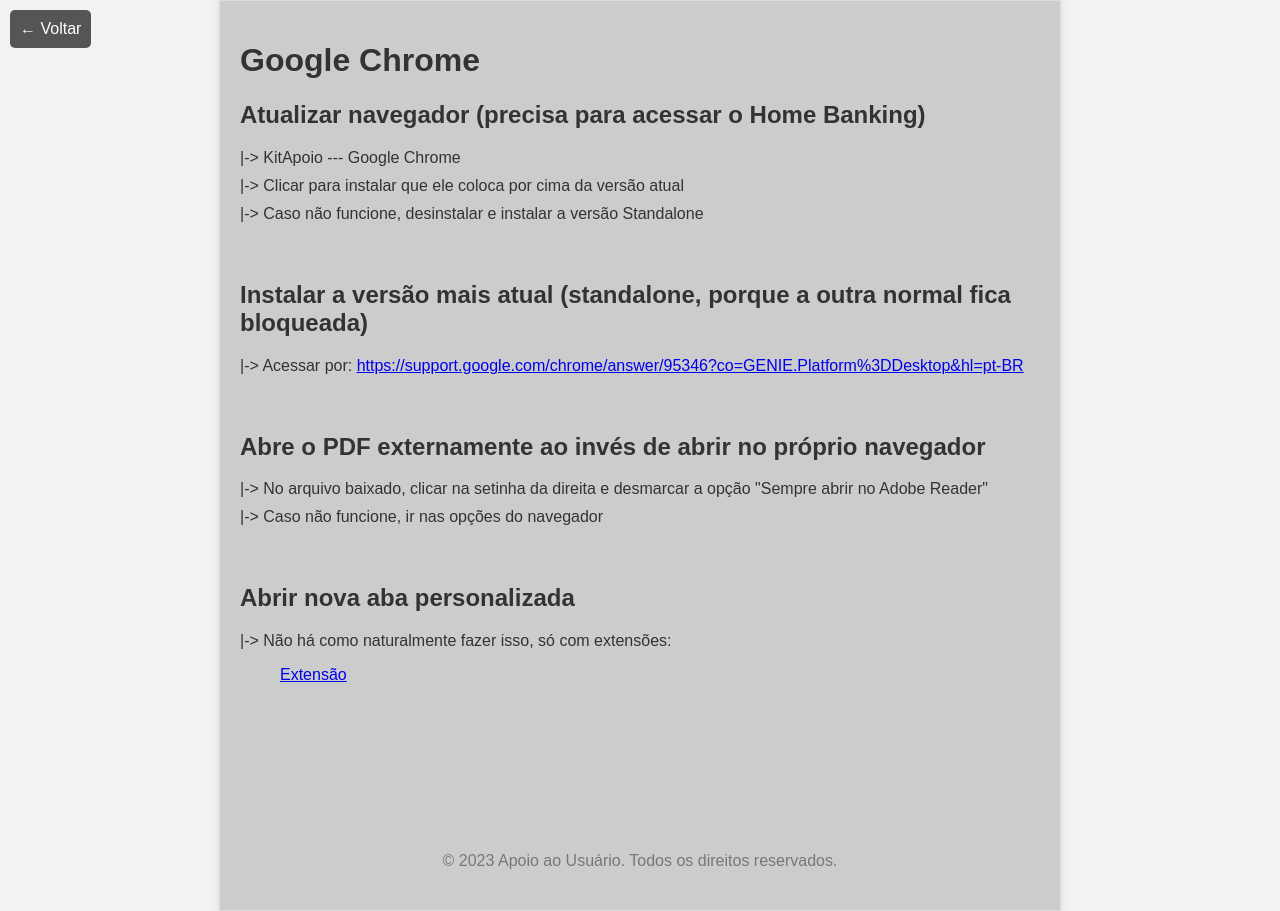
Repository: I4guito/dicasdez
Page: Dicas site/Dicas/chrome.html
An editor plug-in stored every save of this project. The page is shown before and after the next save, followed by the edit.
The browser window is 1280 px wide. The pictures show the whole page.

Above is the page before, as saved 2023-12-06 13:38:16.

### Dicas site/Dicas/chrome.html
<!DOCTYPE html>
<html lang="pt-br">
<head>
    <meta charset="UTF-8">
    <meta name="viewport" content="width=device-width, initial-scale=1.0">
    <link rel="stylesheet" href="padrao.css">
    <script src="/Dicas site/script.js"></script>
    <title>Dicas 10 - Google Chrome</title>
</head>
<body>
    <div class="container">
        <header>
        <a href="javascript:history.back()" class="voltar-btn">&#8592; Voltar</a>
            <h1>Google Chrome</h1>
        </header>
        <section>
            <h2> Atualizar navegador (precisa para acessar o Home Banking)  </h2>
            <ul>
                <li>|-> KitApoio --- Google Chrome</li>
                <li>|-> Clicar para instalar que ele coloca por cima da versão atual</li>
                <li>|-> Caso não funcione, desinstalar e instalar a versão Standalone</li>
            </ul>
        </section><br>

        <section>
            <h2> Instalar a versão mais atual (standalone, porque a outra normal fica bloqueada) </h2>
            <ul>
                <li>|-> Acessar por: <a href="https://support.google.com/chrome/answer/95346?co=GENIE.Platform%3DDesktop&hl=pt-BR">https://support.google.com/chrome/answer/95346?co=GENIE.Platform%3DDesktop&hl=pt-BR</a></li>
            </ul>
        </section><br>

        <section>
            <h2>Abre o PDF externamente ao invés de abrir no próprio navegador </h2>
            <ul>
                <li>|-> No arquivo baixado, clicar na setinha da direita e desmarcar a opção "Sempre abrir no Adobe Reader"</li>
                <li>|-> Caso não funcione, ir nas opções do navegador</li>
            </ul>
        </section><br>

        <section>
            <h2> Abrir nova aba personalizada </h2>
            <ul>
                <li>|-> Não há como naturalmente fazer isso, só com extensões: </li>
                <blockquote><a href="https://chrome.google.com/webstore/detail/nova-guia-redirect/jbkojnjgjfpgmnjcmdkgjjpbgchblkjn?hl=pt-BR">Extensão</a></blockquote>
            </ul>
        </section><br>

        <section>
            <h2>  </h2>
            <ul>
                <li></li>
                <li></li>
            </ul>
        </section><br>

        <section>
            <h2>  </h2>
            <ul>
                <li></li>
                <li></li>
            </ul>
        </section><br>

        <section>
            <h2>  </h2>
            <ul>
                <li></li>
                <li></li>
            </ul>
        </section><br>
        <footer>
            <p>&copy; 2023 Apoio ao Usuário. Todos os direitos reservados.</p>
        </footer>
    </div>
</body>
</html>

### Dicas site/Dicas/padrao.css
body {
    font-family: 'Arial', sans-serif;
    margin: 0;
    padding: 0;
    background-color: #f2f2f2;
    color:#fff
}

.container {
    max-width: 800px;
    margin: 0 auto;
    background-color: #ccc;
    padding: 20px;
    box-shadow: 0 0 10px rgba(0, 0, 0, 0.1);
    border: 1px solid #ddd;
    color: #333;
}

header, section, footer {
    margin-bottom: 20px;
}

header h1, section h2 {
    color: #333;
}

ul {
    list-style: none;
    padding: 0;
}

li {
    margin-bottom: 10px;
}

footer {
    text-align: center;
    color: #777;
}

.voltar-btn {
    position: absolute;
    left: 10px;
    top: 10px;
    text-decoration: none;
    color: #fff;
    font-size: 16px;
    padding: 10px;
    background-color: #555;
    border: none;
    border-radius: 5px;
    cursor: pointer;
    transition: background-color 0.3s;
}

.voltar-btn:hover {
    background-color: #777;
}

img {

    margin-inline: 5cm;
    max-width: 100%;
    border-radius: 3%;
}

.link-instrucoes {
    font-family:cursive;
    width: 50px;
    left: 10px;
    text-decoration: none;
    color: #fff;
    font-size: 25px;
    padding: 3px;
    background-color: #555;
    border: none;
    border-radius: 10px;
    cursor: pointer;
    transition:  background-color 0.3s;
}

.link-instrucoes:hover {
    background-color:#777
}

.step {
    max-width: 800px;
    margin: 0 auto;
    background-color: #333;
    padding: 20px;
    box-shadow: 0 0 10px rgba(0, 0, 0, 0.1);
    border: 1px solid #ddd;
    color: #333;
    margin-bottom: 40px;
    padding: 20px;
    border-radius: 8px;
    box-shadow: 0 4px 8px rgba(0, 0, 0, 0.1);
}



.container img {
    display: block;
    max-width: 35%;
    height: auto;
    display: block;
    margin: 20px auto;
    border-radius: 8px;
    box-shadow: 0 4px 8px rgba(0, 0, 0, 0.1);


}

.image-zoom input[type="checkbox"] {
    display: none;
}

.image-zoom img {
    max-width: 100%;
    height: auto;
    cursor: pointer;
    transition: transform 0.3s ease-in-out;
}

.image-zoom input[type="checkbox"]:checked + img {
    transform: scale(1.5);
}

### Dicas site/script.js
function filterItems() {
    var searchBar = document.getElementById('searchBar');
    var filter = searchBar.value.toUpperCase();

    var columns = document.getElementsByClassName('column');
    for (var i = 0; i < columns.length; i++) {
        var boxes = columns[i].getElementsByClassName('box');
        for (var j = 0; j < boxes.length; j++) {
            var item = boxes[j];
            var textValue = item.textContent || item.innerText;
            if (textValue.toUpperCase().indexOf(filter) > -1) {
                item.style.display = "";
            } else {
                item.style.display = "none";
            }
        }
    }
}

function openPage(pageName) {
    window.location.href = pageName + '.html';
}

const isOpera = navigator.userAgent.indexOf("OPR") > -1;

if (isOpera) {
    document.addEventListener("DOMContentLoaded", function () {
        const containers = document.querySelectorAll(".container");
        containers.forEach(function (container) {
            container.style.backgroundColor = "#005c4b";
            container.style.color = "#333";
        });
    });
}

After the next save:
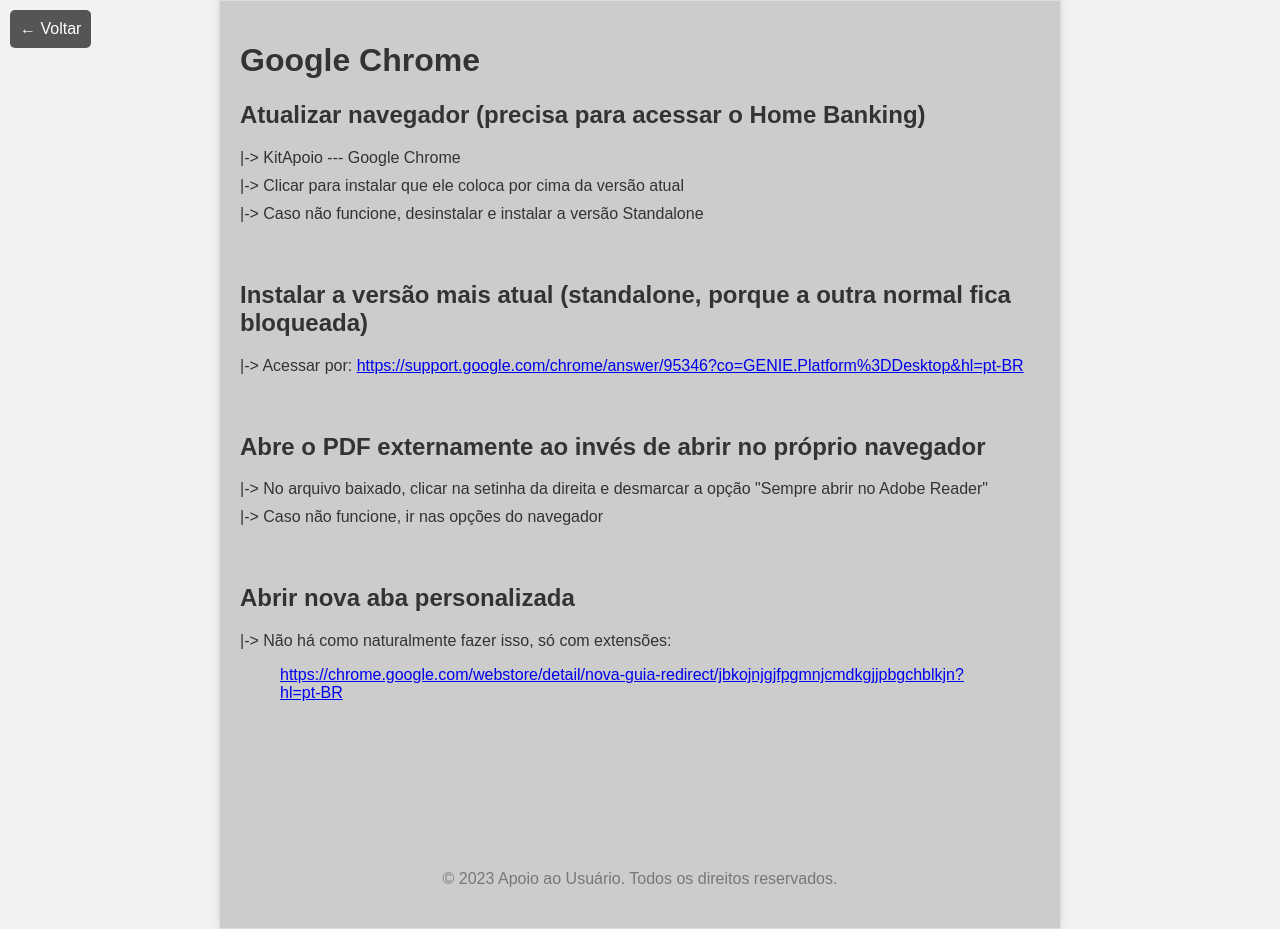
Saved 31 s later.
--- a/Dicas site/Dicas/chrome.html
+++ b/Dicas site/Dicas/chrome.html
@@ -41,7 +41,7 @@
             <h2> Abrir nova aba personalizada </h2>
             <ul>
                 <li>|-> Não há como naturalmente fazer isso, só com extensões: </li>
-                <blockquote><a href="https://chrome.google.com/webstore/detail/nova-guia-redirect/jbkojnjgjfpgmnjcmdkgjjpbgchblkjn?hl=pt-BR">Extensão</a></blockquote>
+                <blockquote><a href="https://chrome.google.com/webstore/detail/nova-guia-redirect/jbkojnjgjfpgmnjcmdkgjjpbgchblkjn?hl=pt-BR">https://chrome.google.com/webstore/detail/nova-guia-redirect/jbkojnjgjfpgmnjcmdkgjjpbgchblkjn?hl=pt-BR</a></blockquote>
             </ul>
         </section><br>
 
